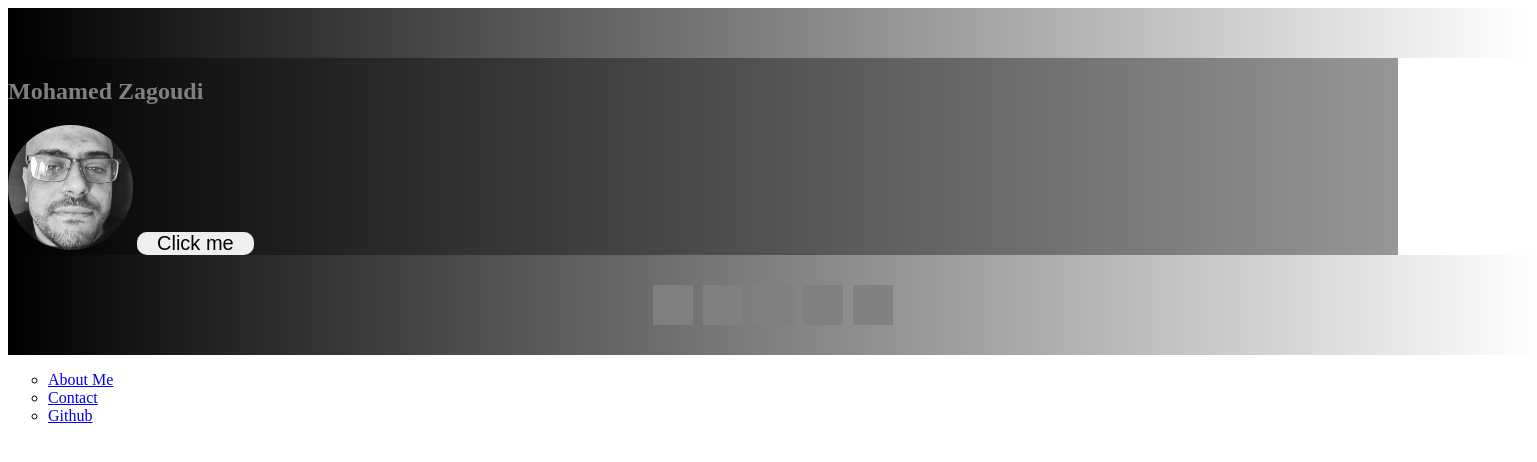
Repository: Mohzagou/Eersteportofolio
Page: index.html
An editor plug-in stored every save of this project. The page is shown before and after the next save, followed by the edit.
The browser window is 1280 px wide. The page is 1537 px wide, so the pictures cover 1537 px, including what lies to the right of the window. The pictures show the whole page.

Above is the page before, as saved 2022-06-07 23:37:34.

### index.html
<!DOCTYPE html>


<head>
    <link rel="stylesheet" href="styles.css" />
    <meta charset="UTF-8">

    <title>Document</title>
</head>

<body>

    <header></header>
    <div class="about-me">
        <h2 id="name">Mohamed Zagoudi</h2>
        <img class="avatar" src="images/67gwzvy.jpeg" alt="Mohamed Zagoudi headshot">
        <button>Click me</button>


        <section>
            <div class="test"></div>
            <div class="test"></div>
            <div class="test"></div>
            <div class="test"></div>
            <div class="test"></div>
        </section>
        <footer>
            <ul style="list-style-type: circle ">
                <li><a href=" ">About Me</a></li>
                <li><a href=" ">Contact</a></li>
                <li><a href="https://github.com/Mohzagou ">Github</a></li>

            </ul>

        </footer>



</body>



</html>

### styles.css
                            body {
                                display: flex;
                                flex-direction: column;
                            }

                            header {
                                width: 120%;
                                height: 50px;
                                background-image: linear-gradient(to right, black, grey, white);
                                /*background-color: rgb(113, 74, 145);*/
                            }

                            section {
                                width: 110%;
                                height: 100px;
                                background-image: linear-gradient(to right, black, grey, white);
                                background-color: #234def;
                                display: flex;
                                align-items: center;
                                justify-content: center;
                            }

                            .about-me {
                                width: 110%;
                                height: 200px;
                                background-image: repeating-linear-gradient(to right, black, grey, white 170%);
                                /*background-color: rgb(177, 69, 21, 0.8);*/
                                /*margin: 10px 0 10px 0;
    border: solid black 10px;
    border-radius: 15px;*/
                            }

                            .avatar {
                                width: 125px;
                                border-radius: 62px;
                                background-image: repeating-linear-gradient(to right, black, grey, 110%);
                            }

                            #name {
                                color: grey;
                            }

                            .test {
                                width: 40px;
                                height: 40px;
                                background-color: grey;
                                margin: 5px;
                            }

                            button {
                                border: 0;
                                padding: 0 20px;
                                font-size: 20px;
                                color background-color: rgb(7, 7, 7);
                                background-image: linear-gradient(to top left, rgba(250, 245, 245, 0.2), rgba(0, 0, 0, 0.2) 20%, rgba(248, 243, 243, 0), );
                                box-shadow: inset 2px 2px 3px rgba(233, 224, 224, 0.4);
                                border-radius: 10px;
                            }

After the next save:
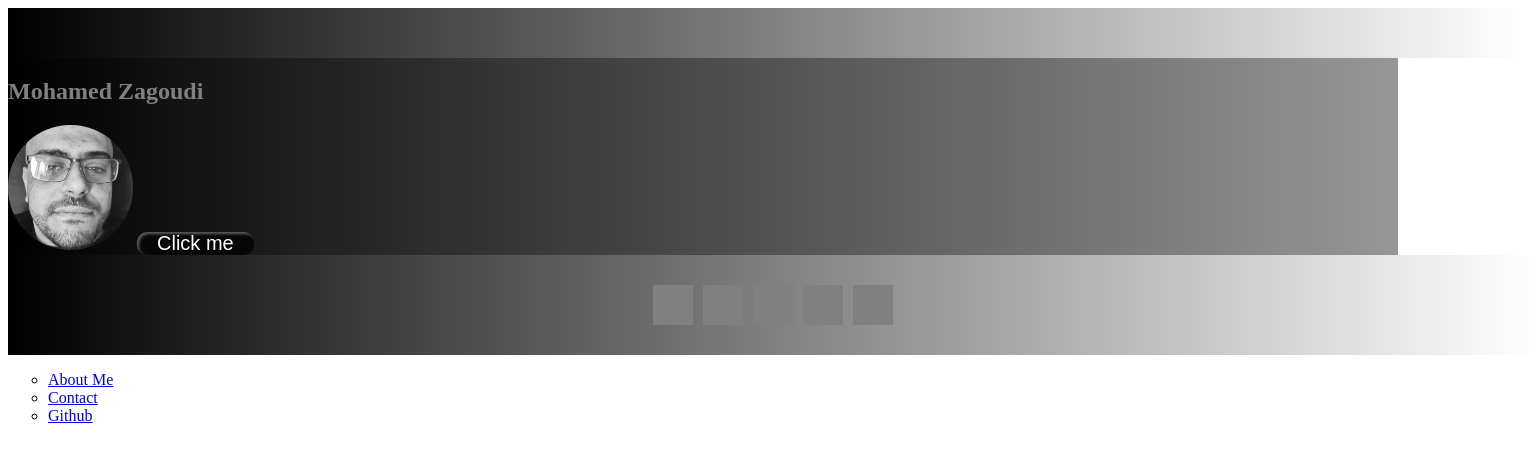
Saved 65 s later.
--- a/styles.css
+++ b/styles.css
@@ -51,7 +51,8 @@
                                 border: 0;
                                 padding: 0 20px;
                                 font-size: 20px;
-                                color background-color: rgb(7, 7, 7);
+                                color: rgb(255, 255, 255);
+                                background-color: rgb(7, 7, 7);
                                 background-image: linear-gradient(to top left, rgba(250, 245, 245, 0.2), rgba(0, 0, 0, 0.2) 20%, rgba(248, 243, 243, 0), );
                                 box-shadow: inset 2px 2px 3px rgba(233, 224, 224, 0.4);
                                 border-radius: 10px;
